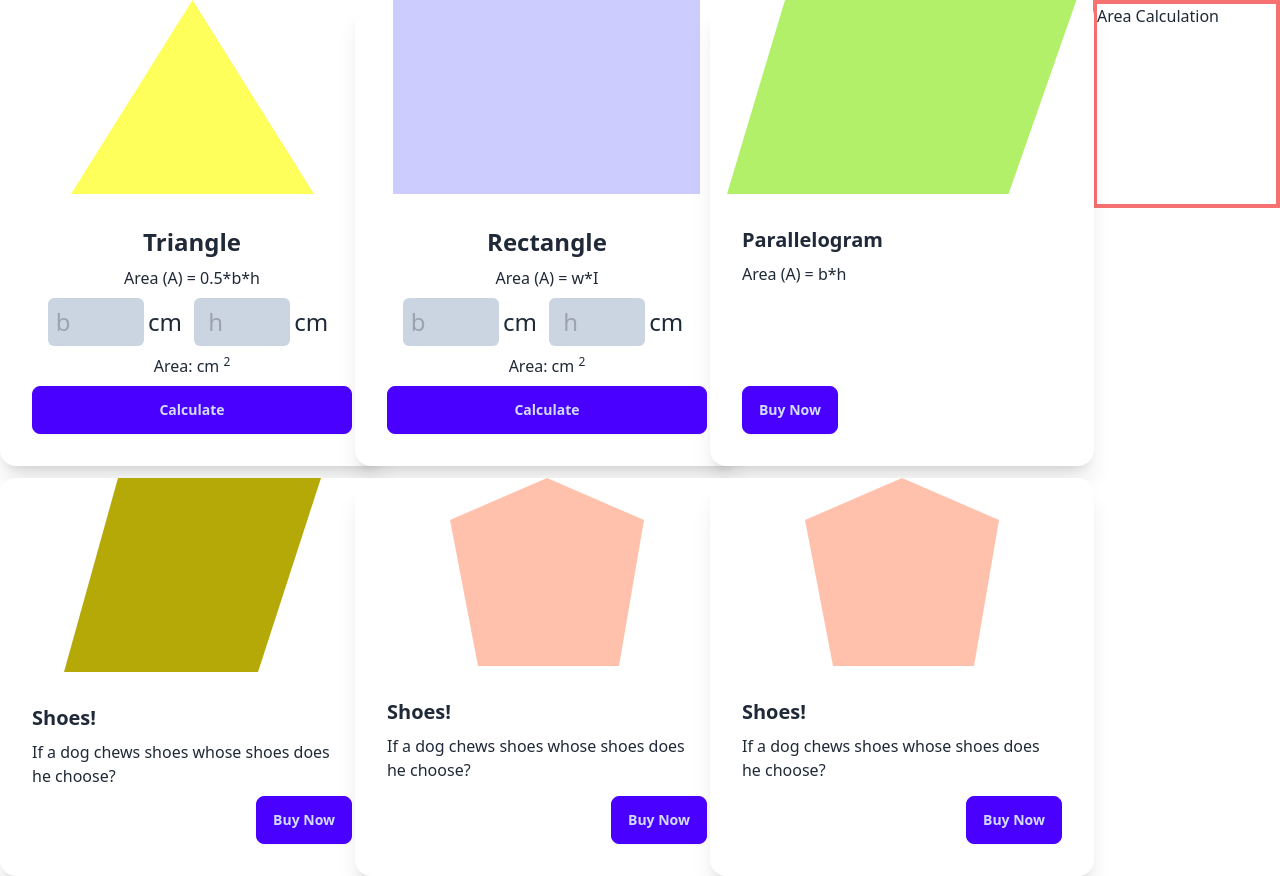
Repository: RudrasahaDibos/geometry
Page: index.html
The author's editor kept a copy of each file at every save. The page is drawn from the files as they stood at one save, then again after the next save.
The browser window is 1280 px wide. The pictures show the whole page.
Some web libraries are served in a nearby version.

Above is the page before, as saved 2024-11-03 22:16:28.

### index.html
<!DOCTYPE html>
<html lang="en">
<head>
    <meta charset="UTF-8">
    <meta name="viewport" content="width=device-width, initial-scale=1.0">
    <title>Geometry</title>
  <!-- taiwind daisy apa -->
  <link href="https://cdn.jsdelivr.net/npm/daisyui@4.12.14/dist/full.min.css" rel="stylesheet" type="text/css" />
  <script src="https://cdn.tailwindcss.com"></script>




</head>
<body>
    <!-- header start here  -->
         <header>

         </header>
         <!-- header ends here -->

         <!-- main starts here -->
         <main>
                <section class="flex container mx-auto gap-10 ">
                        <div class="grid grid-cols-3  gap-3" >
                            <!-- riangle card  -->
                             <!-- triangle card -->
                            <div class="card bg-base-100 w-96 shadow-xl">
                                <figure>
                                  <img
                                    src="images/triangle.png"
                                    alt="Shoes" />
                                </figure>
                                <div class="card-body text-center">
                                  <h2 class="text-2xl font-semibold">Triangle</h2>
                                  <p>Area (A) = 0.5*b*h</p>

                                       <div>
                                        <input id="triangle-base" class="w-24 text-2xl bg-slate-300 p-2 rounded-md" type="text" name="" id="" placeholder="b">
                                        <span class="text-2xl mr-2">cm</span>
                                        <input id="triangle-height" class="w-24 text-2xl  bg-slate-300 p-2 rounded-md" type="text" name="" id="" placeholder=" h">
                                        <span class="text-2xl mr-2">cm</span>
                                       </div>
                                         <div>
                                            <p>Area: <span id="triangl-area"></span> <span>cm <sup>2</sup></span></p>
                                         </div>
                                  <div class="card-actions ">
                                    <button onclick="clickForCalulatior()" class="btn w-full btn-primary">Calculate</button>
                                  </div>
                                </div>
                              </div>

                               <!-- rectangle card -->
                            <div class="card bg-base-100 w-96 shadow-xl">
                                <figure>
                                  <img
                                    src="images/rectangle.png"
                                    alt="Shoes" />
                                </figure>
                                <div class="card-body text-center">
                                  <h2 class="text-2xl font-semibold">Rectangle</h2>
                                  <p>Area (A) = w*I</p>

                                  <div>
                                    <input id="rectangle-width" class="w-24 text-2xl bg-slate-300 p-2 rounded-md" type="text" name="" id="" placeholder="b">
                                    <span class="text-2xl mr-2">cm</span>
                                    <input id="rectangle-length" class="w-24 text-2xl  bg-slate-300 p-2 rounded-md" type="text" name="" id="" placeholder=" h">
                                    <span class="text-2xl mr-2">cm</span>
                                   </div>

                                   <div>
                                    <p>Area: <span id="rectangle-area"></span> <span>cm <sup>2</sup></span></p>
                                 </div>
                                  <div class="card-actions">
                                    <button onclick="ClickForRectCalulator()"  class="btn btn-primary w-full">Calculate</button>
                                  </div>
                                </div>
                              </div>

                              <!-- Parallelogram -->
                            <div class="card bg-base-100 w-96 shadow-xl">
                                <figure>
                                  <img
                                    src="images/parallelogram.png"
                                    alt="Shoes" />
                                </figure>
                                <div class="card-body">
                                  <h2 class="card-title">Parallelogram</h2>
                                  <p>Area (A) = b*h</p>
                                  <div class="card-actions ">
                                    <button class="btn btn-primary">Buy Now</button>
                                  </div>
                                </div>
                              </div>
                              <!-- Rhombus -->
                            <div class="card bg-base-100 w-96 shadow-xl">
                                <figure>
                                  <img
                                    src="images/rhombus.png"
                                    alt="Shoes" />
                                </figure>
                                <div class="card-body">
                                  <h2 class="card-title">Shoes!</h2>
                                  <p>If a dog chews shoes whose shoes does he choose?</p>
                                  <div class="card-actions justify-end">
                                    <button class="btn btn-primary">Buy Now</button>
                                  </div>
                                </div>
                              </div>
                              <!-- Pentagon -->
                            <div class="card bg-base-100 w-96 shadow-xl">
                                <figure>
                                  <img
                                    src="images/pentagon.png"
                                    alt="Shoes" />
                                </figure>
                                <div class="card-body">
                                  <h2 class="card-title">Shoes!</h2>
                                  <p>If a dog chews shoes whose shoes does he choose?</p>
                                  <div class="card-actions justify-end">
                                    <button class="btn btn-primary">Buy Now</button>
                                  </div>
                                </div>
                              </div>
                              <!-- Ellipse -->
                            <div class="card bg-base-100 w-96 shadow-xl">
                                <figure>
                                  <img
                                    src="images/pentagon.png"
                                    alt="Shoes" />
                                </figure>
                                <div class="card-body">
                                  <h2 class="card-title">Shoes!</h2>
                                  <p>If a dog chews shoes whose shoes does he choose?</p>
                                  <div class="card-actions justify-end">
                                    <button class="btn btn-primary">Buy Now</button>
                                  </div>
                                </div>
                              </div>
                        </div>
                    <div class="border-4 border-red-400 h-52 w-52">
                        <!-- Area Calculation start -->
                         <h2>Area Calculation</h2>

                    </div>
                </section>
         </main>
         <!-- main end here -->


         <script src="index.js"></script>
         <script src="rectangle.js"></script>
</body>
</html>

### index.js
function clickForCalulatior(){

    const triangleBaseString =document.getElementById('triangle-base')
    const triangelBaseNumber = parseFloat(triangleBaseString.value)
     const base = triangelBaseNumber;




const triangleHeightString = document.getElementById('triangle-height')
const triangleHeightNumber = parseFloat(triangleHeightString.value)
const height = triangleHeightNumber;


   const area = 0.5 *(base *height);
   console.log(area)


   const trianglArea = document.getElementById('triangl-area')
   trianglArea.innerText = area
}

### rectangle.js
function ClickForRectCalulator(){

const width = getElementInputId('rectangle-width')
 const height = getElementInputId('rectangle-length')

 const area = width * height
 setElementInputId("rectangle-area",area)


}
function getElementInputId(invaildId){
    const invaildText = document.getElementById(invaildId)
    const invaildNumber = parseFloat(invaildText.value)
     return invaildNumber;
}
function setElementInputId(setinvaildId ,area){
    const trianglArea = document.getElementById(setinvaildId )
   trianglArea.innerText = area
}

After the next save:
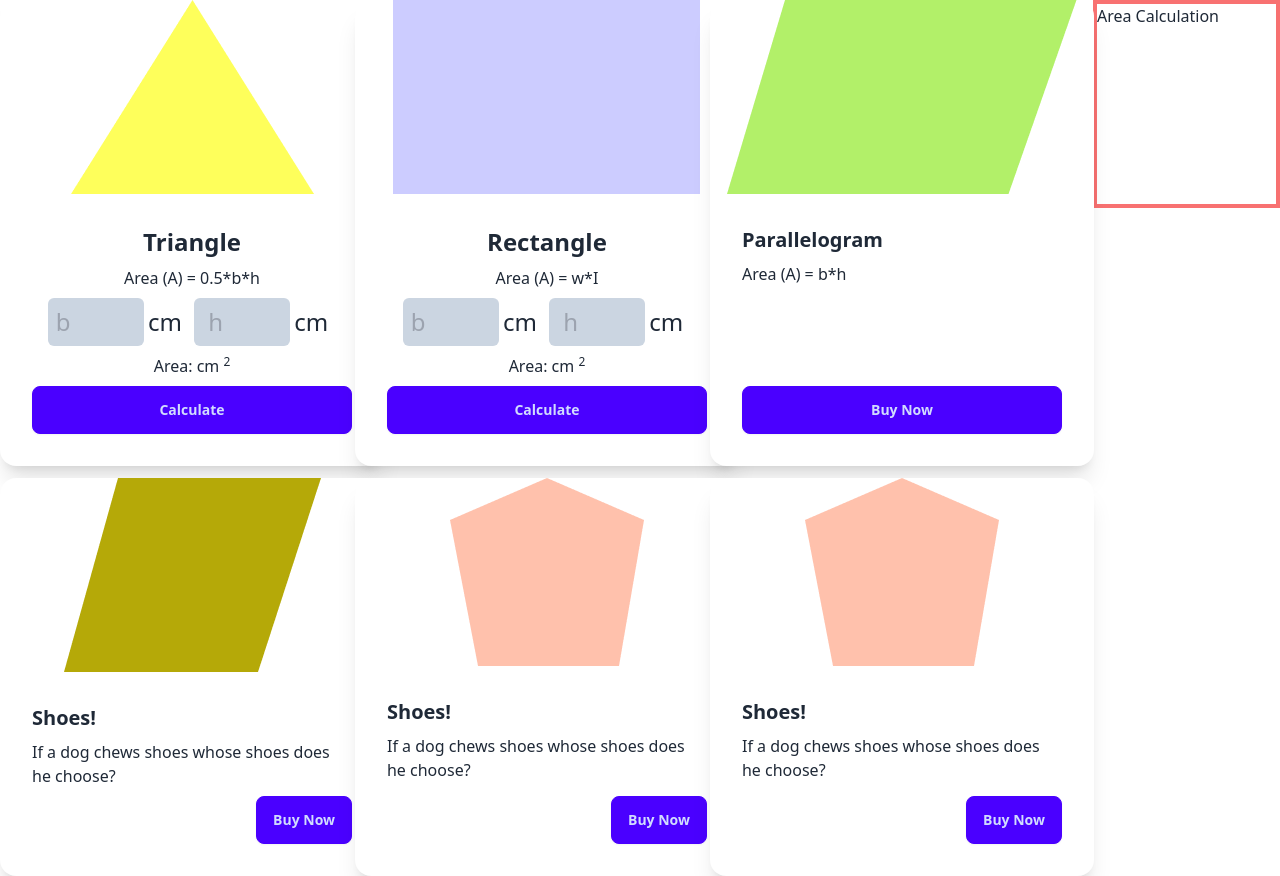
Saved 4 s later.
--- a/index.html
+++ b/index.html
@@ -88,7 +88,7 @@
                                   <h2 class="card-title">Parallelogram</h2>
                                   <p>Area (A) = b*h</p>
                                   <div class="card-actions ">
-                                    <button class="btn btn-primary">Buy Now</button>
+                                    <button class="btn btn-primary w-full">Buy Now</button>
                                   </div>
                                 </div>
                               </div>
